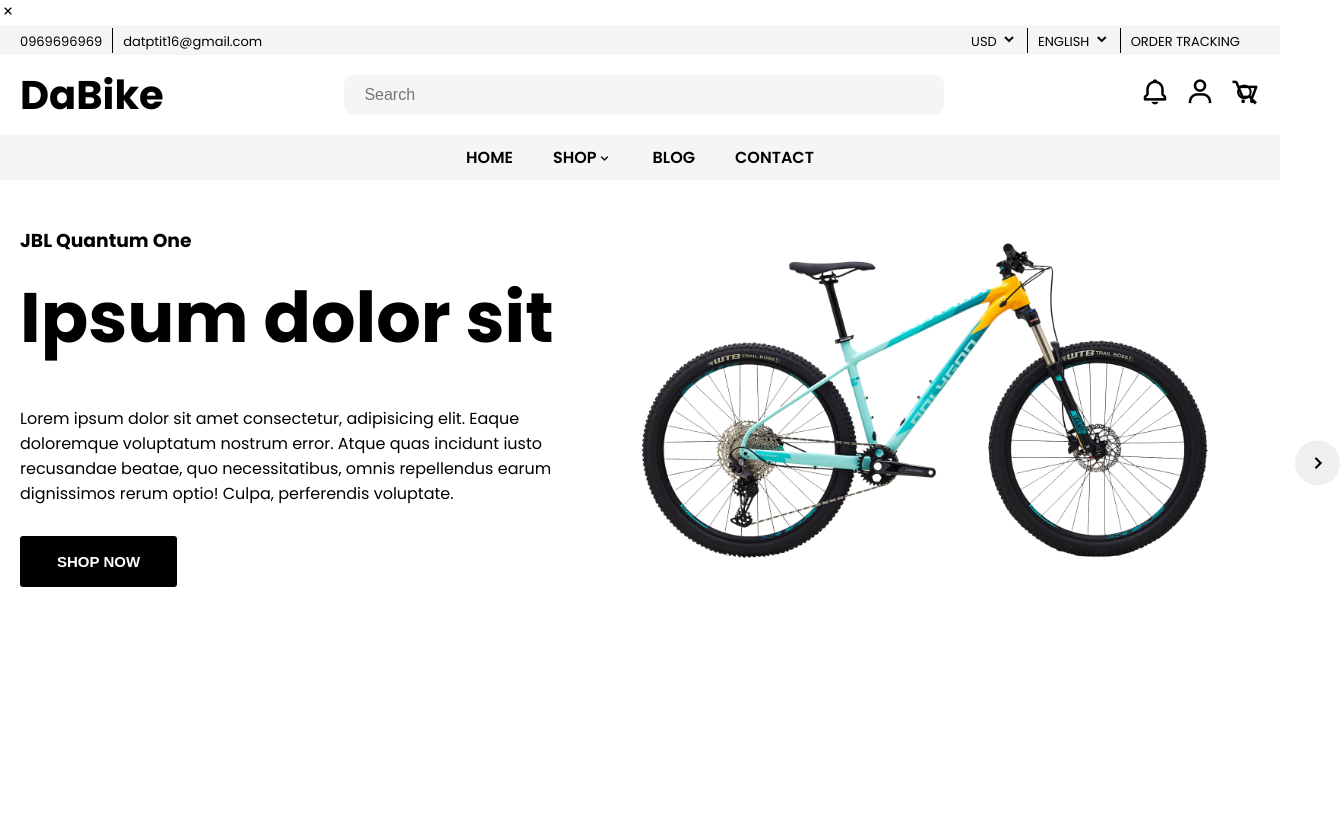
Repository: Datt21/DacMaxx
Page: index.html
These files come from the project's save history. The page is drawn as it stood at one moment and after the next save; the edit follows.
The browser window is 1280 px wide. The page is 1340 px wide, so the pictures cover 1340 px, including what lies to the right of the window. The pictures show the whole page.

Above is the page before, as saved 2021-07-07 01:14:15.

After the next save:
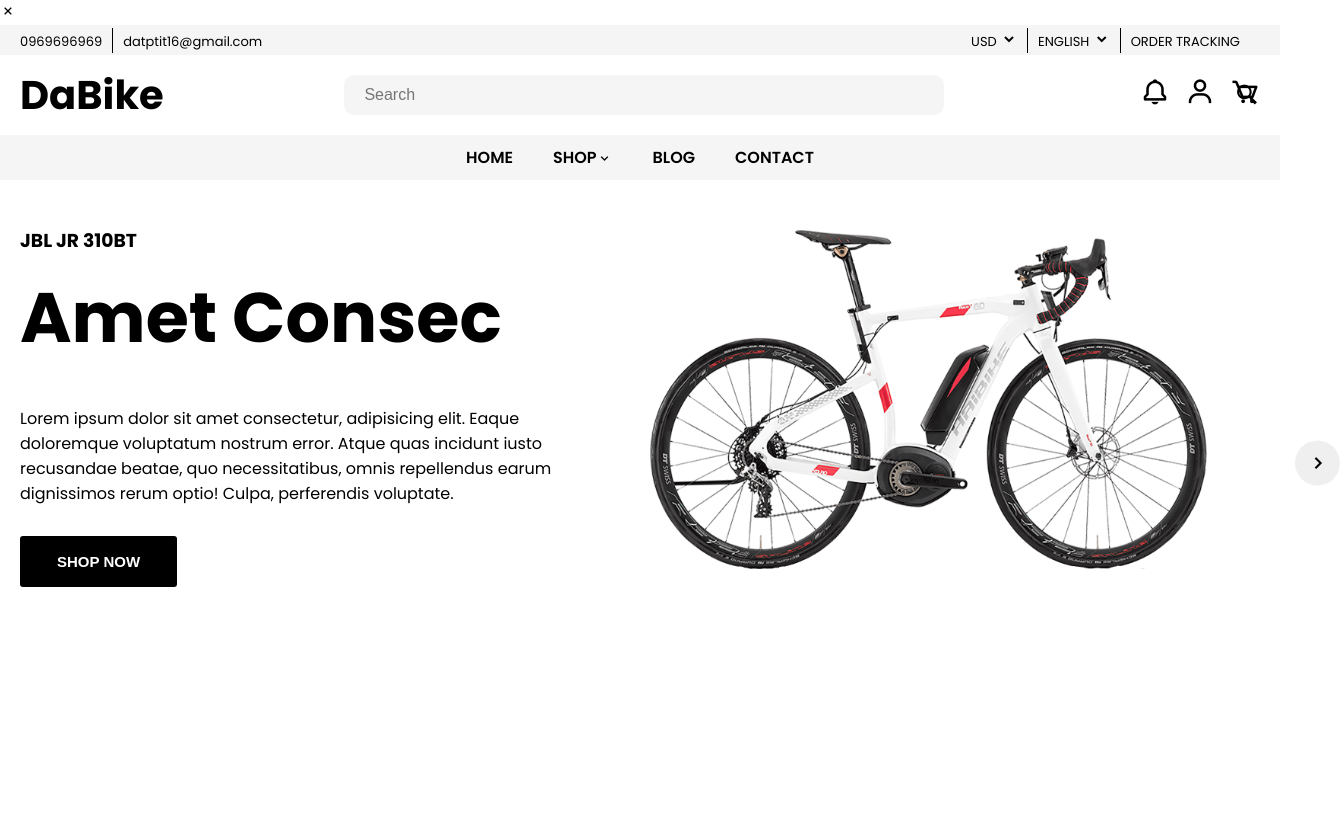
Saved 67 s later.
--- a/js/index.js
+++ b/js/index.js
@@ -42,4 +42,4 @@ setInterval(() => {
     if(!slide_play) return
         nextSlide()
         showSlide()
-},3000);
+},2000);
